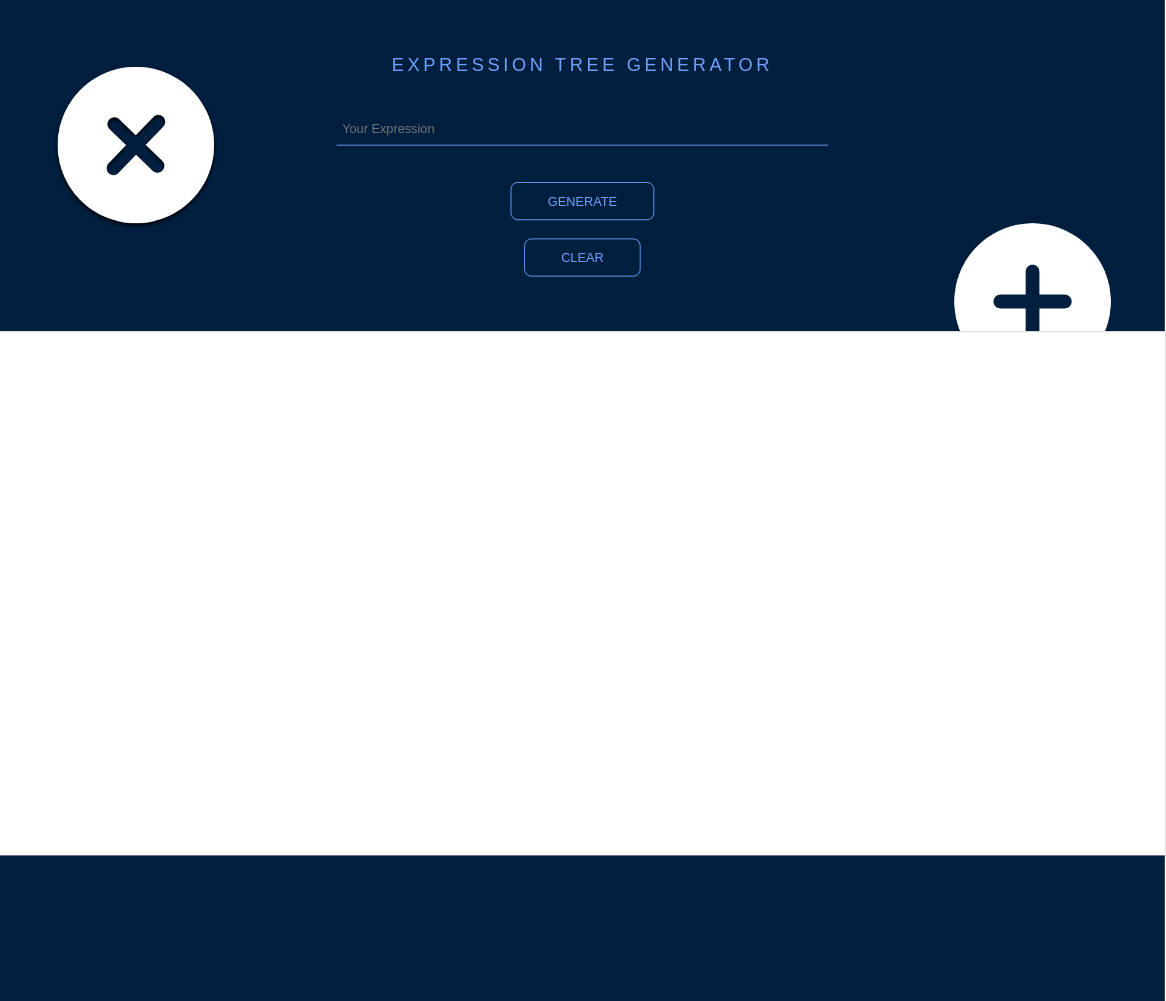
Repository: lnogueir/expression-tree-gen
Page: index.html
The author's editor kept a copy of each file at every save. The page is drawn from the files as they stood at one save, then again after the next save.
The browser window is 1280 px wide. The page is 1281 px wide, so the pictures cover 1281 px, including what lies to the right of the window. The pictures show the whole page, at 91% of full size.

Above is the page before, as saved 2020-03-15 19:53:12.

### index.html
<!DOCTYPE html>
<html lang="en">

<head>
    <meta charset="UTF-8">
    <meta name="viewport" content="width=device-width, initial-scale=1.0">
    <title>Canvas</title>
    <link rel="stylesheet" href="app.css">
</head>

<body>

    <div class="contact-section">
        <div class="inner-width">
          <h1>Expression Tree Generator</h1>
          <input type="text" class="name" id = 'expression-input' placeholder="Your Expression">

          <div class="buttons">
          <button id="generate-tree">Generate</button>
          <a href="index.html"><button id="generate-tree">Clear</button></a>
        </div>

        </div>
      </div>

    <div id="canvas-container">
        <canvas></canvas>
    </div>

    <div class="ending-section">
        <div class=""></div>
    </div>

</body>
<script src="https://ajax.googleapis.com/ajax/libs/jquery/3.4.1/jquery.min.js"></script>
<script src="https://cdnjs.cloudflare.com/ajax/libs/mathjs/6.6.1/math.min.js"></script>
<script src="tree.js"></script>
<script src="infixToPostfix.js"></script>
<script src="canvas.js"></script>

</html>

### app.css
*{
    margin: 0;
    padding: 0;
    box-sizing: border-box;
    font-family: "montserrat",sans-serif;
  }
  .contact-section{
    background: url(./maths1.png);
    background-size: cover;
    padding: 60px 0 40px 0;
    text-align: center;
  }

  .inner-width{
    max-width: 600px;
    margin: auto;
    padding: 0 20px;
  }

  .contact-section h1{
    font-size: 20px;
    color: #70a1ff;
    margin-bottom: 40px;
    text-transform: uppercase;
    letter-spacing: 4px;
    font-weight: 400;
  }

  .name,.email,.message{
    background: none;
    border:none;
    outline: none;
    border-bottom: 1px solid;
    color: #70a1ff;
    padding: 10px 6px;
    font-size: 14px;
    margin-bottom: 40px;
  }

  .name{
    float: center;
    width: 540px;
  }

  .buttons{
      display: flex;
      flex-direction: column;
      justify-content: center;
      align-items: center;
  }

  .contact-section button{
      margin-bottom: 20px;
      outline: none;
    background: none;
    color: #70a1ff;
    border: 1px solid #70a1ff;
    padding: 12px 40px;
    border-radius: 8px;
    text-transform: uppercase;
    font-size: 14px;
    transition: 0.4s linear;
    cursor: pointer;
  }

  .contact-section button:hover{
    background: #70a1ff;
    color: #fff;
  }

  .ending-section{
      z-index: 10;
      bottom: 0;
      position: relative;
    background: #001f3f;
    padding: 80px 0;
    text-align: center;
  }

  @media screen and (max-width:700px){
    .contact-section{
        background: #001f3f;
    }
  }


  @media screen and (max-width:600px){
    .name,.email{
      width: 100%;
    }
  }

#canvas-container{
    outline: none;
    border: none;
    display: flex;
    flex-direction: column;
    align-items: center;
    margin: auto;
    height: 80vh;
    width: 100vw;
    max-width: 100vw;
    background: #FFF;
}

canvas{
    border: 1px solid lightgray;
}

### tree.js
function Node(value) {
    const radius = 32.5
    this.value = value;
    this.x = null;
    this.y = null;
    this.right = null;
    this.left = null;

    this.isLeaf = () => this.right == null && this.left == null;

    this.drawEdge = function (context, x, y, left_way) {
        context.strokeStyle = 'black';
        context.beginPath()
        const x_y_ratio = Math.abs(this.y - y) / Math.abs(this.x - x)
        const w = radius * Math.sqrt(1 / (1 + Math.pow(x_y_ratio, 2)))
        const d = x_y_ratio * w
        if (left_way) {
            context.moveTo(this.x - w, this.y + d)
            context.lineTo(x + w, y - d)
        } else {
            context.moveTo(this.x + w, this.y + d)
            context.lineTo(x - w, y - d)
        }

        context.stroke()
    }

    this.draw = function (context) {
        context.beginPath()
        context.arc(this.x, this.y, radius, 0, Math.PI * 2, false)
        context.fillStyle = 'rgba(255, 255, 255, 0.5)'
        context.fill()
        context.strokeStyle = 'black'
        context.stroke()
        context.font = '25px Times New Roman'
        context.textAlign = 'center'
        context.textBaseline = 'middle'
        context.fillStyle = "black";
        context.fillText(this.value, this.x, this.y);
    }
}

function constructTree(postfix) {
    const OPERATORS = ['*', '/', '-', '+']
    var stack = []
    var root = null;
    var current;
    var shift = false;
    for (var i = postfix.length - 1; i >= 0; i--) {
        if (null === root) {
            current = new Node(postfix[i]);
            root = current;
        } else {
            if (shift) {
                current.left = new Node(postfix[i])
                current = current.left
                shift = false
            } else {
                current.right = new Node(postfix[i])
                current = current.right
            }
        }
        if (OPERATORS.includes(postfix[i])) {
            stack.push(current);
        } else {
            current = stack.pop();
            shift = true
        }
    }
    return root;
}

function getSize(root) {
    var size = 0
    function countSize(root) {
        if (null != root) {
            size++;
            countSize(root.left)
            countSize(root.right)
        }
    }
    countSize(root);
    return size;
}

function print_coords(root) {
    if (null != root) {
        print_coords(root.left)
        console.log(root.value, root.x, root.y)
        print_coords(root.right)
    }
}

function setCoordinates(root) {
    var i = 0
    const OFFSET = 50
    const size = getSize(root)
    const canvas_mid_point = window.innerWidth / 2;
    function setCoordinates(subt, depth) {
        if (null != subt) {
            setCoordinates(subt.left, depth + 1)
            subt.x = canvas_mid_point + (OFFSET * (i - size / 2))
            subt.y = OFFSET + (depth * 1.5 * OFFSET)
            i++
            setCoordinates(subt.right, depth + 1)
        }
    }
    setCoordinates(root, 0)
}

function drawTree(root, context) {
    if (null != root) {
        root.draw(context)
        if (null != root.left) {
            root.drawEdge(context, root.left.x, root.left.y, true);
        }
        drawTree(root.left, context)
        if (null != root.right) {
            root.drawEdge(context, root.right.x, root.right.y, false)
        }
        drawTree(root.right, context)
    }
}

### infixToPostfix.js
function isBracketed(expr) {
  var stack = []
  for (var i = 0; i < expr.length; i++) {
    if ('(' === expr[i]) {
      stack.push('(')
    } else if (')' === expr[i]) {
      stack.pop()
      if (stack.length === 0) {
        if (i !== expr.length - 1) {
          return false
        } else {
          return true
        }
      }
    }
  }
  return false;
}

function isValidExpression(expr) {
  if (expr.length < 3) {
    return false;
  }
  for (var i = 0; i < expr.length; i++) {
    if ('abcdefghijklmnopqrstuvwxyz*()/+-'.indexOf(expr[i]) === -1) {
      return false;
    }
  }
  try {
    while ("(" === expr[0] && ")" === expr[expr.length - 1]) {
      if (isBracketed(expr)) {
        expr = expr.substring(1, expr.length - 1);
      } else break;
    }
    var res = math.parse(expr);
    if ((typeof res.implicit === 'undefined') || res.fn.indexOf('unary') !== -1) {
      return false;
    }
    return true;
  }
  catch (ex) {
    return false;
  }
}

function infixToPostfix(expression) {
  if (!isValidExpression(expression)) {
    return null;
  }
  const prec = { "*": 3, "/": 3, "-": 2, "+": 2, "(": 1 }
  op_stack = []
  postfixList = []
  tokens = expression.split('')
  for (const token of tokens) {
    if ("abcdefghijklmnopqrstuvwxyz".indexOf(token) !== -1) {
      postfixList.push(token)
    } else if ("(" === token) {
      op_stack.push(token)
    } else if (")" === token) {
      var top_op_token = op_stack.pop()
      while (top_op_token !== '(') {
        postfixList.push(top_op_token)
        top_op_token = op_stack.pop()
      }
    } else {
      var peek_elem = op_stack.slice(-1)[0];
      while (op_stack.length > 0 && (prec[peek_elem] >= prec[token])) {
        postfixList.push(op_stack.pop())
        peek_elem = op_stack.slice(-1)[0];
      }
      op_stack.push(token)
    }
  }
  while (op_stack.length > 0) {
    postfixList.push(op_stack.pop())
  }
  return postfixList
}

### canvas.js
var canvas = document.querySelector('canvas')

canvas.height = document.getElementById('canvas-container').offsetHeight;
canvas.width = document.getElementById('canvas-container').offsetWidth;

var c = canvas.getContext('2d')

$('#generate-tree').click(() => {
    var expression = $('#expression-input').val()
    if (typeof expression !== 'undefined' && null != expression) {
        expression = expression.replace(/\s+/g, '')
        expression = expression.toLowerCase()
        var postfix = infixToPostfix(expression);
        if (null !== postfix) {
            var root = constructTree(postfix)
            setCoordinates(root)
            c.clearRect(0, 0, canvas.width, canvas.height);
            drawTree(root, c)
        } else {
            alert('Enter valid expression')
        }

    } else {
        alert('Enter valid expression')
    }
})

After the next save:
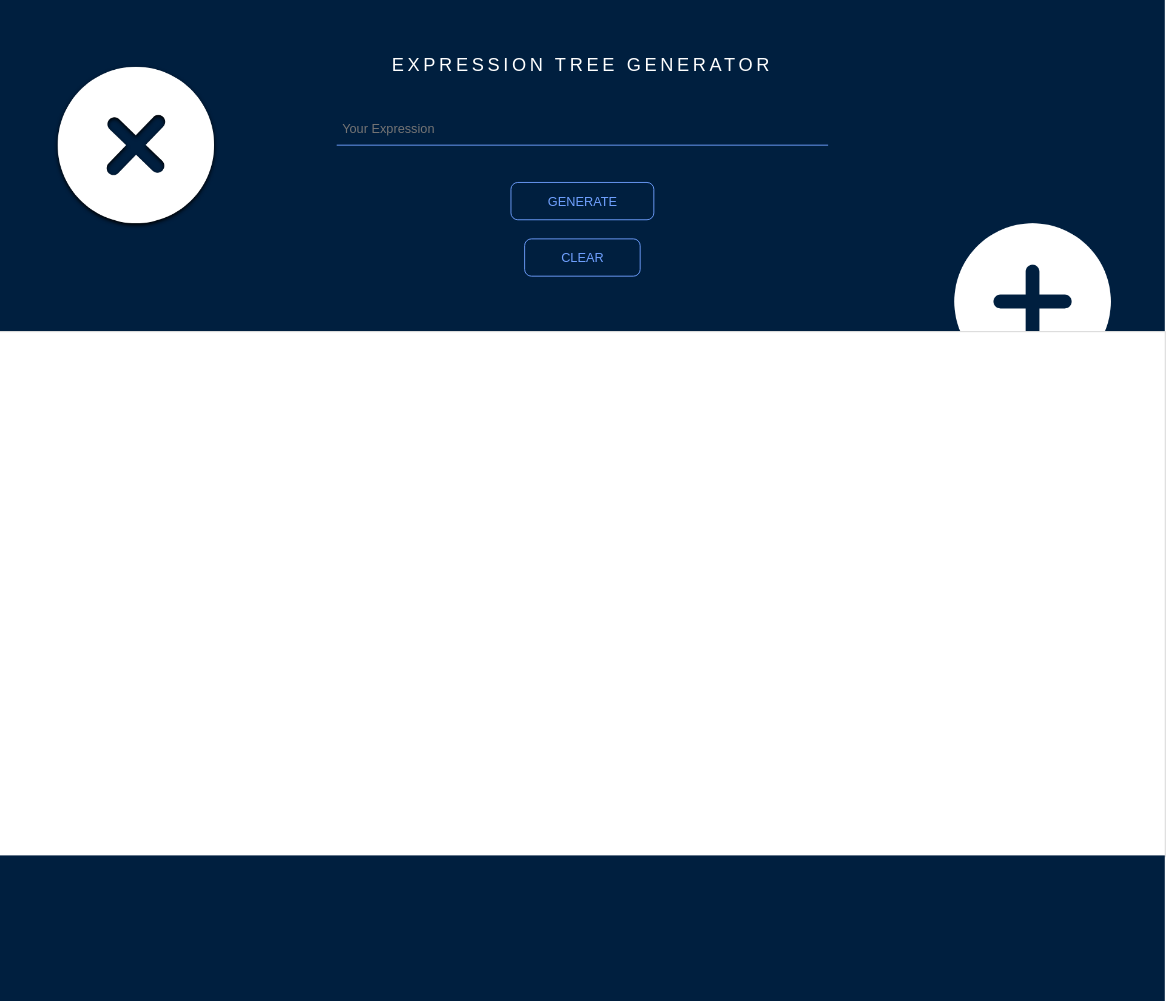
Saved 35 s later.
--- a/app.css
+++ b/app.css
@@ -19,7 +19,7 @@
 
   .contact-section h1{
     font-size: 20px;
-    color: #70a1ff;
+    color: #FFF;
     margin-bottom: 40px;
     text-transform: uppercase;
     letter-spacing: 4px;
